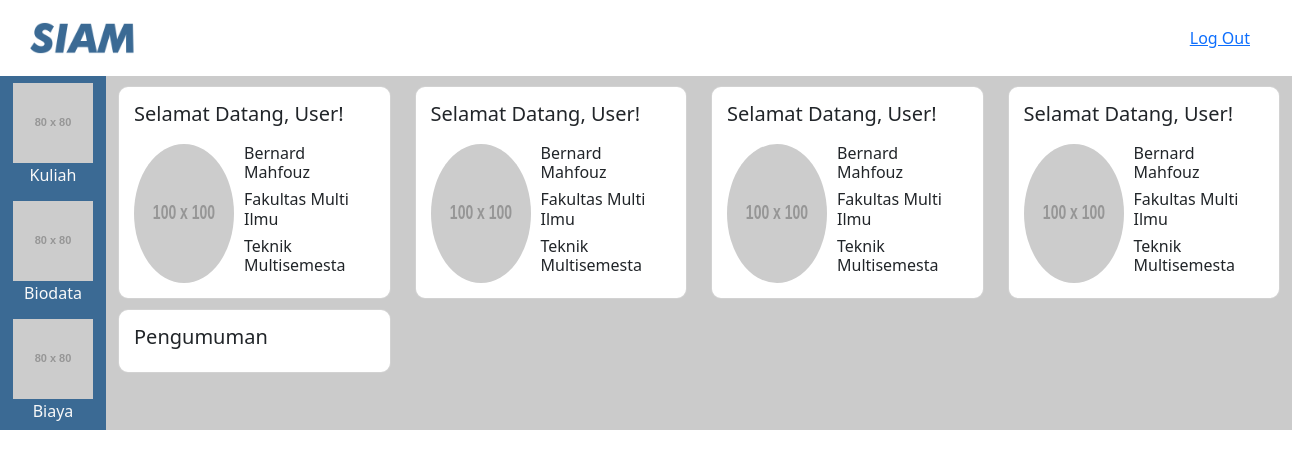
Repository: haikalirf/Project-IMK
Page: kuliah.html
An editor plug-in stored every save of this project. The page is shown before and after the next save, followed by the edit.
The browser window is 1280 px wide. The page is 1292 px wide, so the pictures cover 1292 px, including what lies to the right of the window. The pictures show the whole page.

Above is the page before, as saved 2022-12-10 16:54:31.

### kuliah.html
<!DOCTYPE html>
<html lang="en">
<head>
	<meta charset="UTF-8">
	<meta http-equiv="X-UA-Compatible" content="IE=edge">
	<meta name="viewport" content="width=device-width, initial-scale=1.0">
	<title>SIAM</title>
	<link rel="icon" href="/assets/logo_ub.ico">
	<link rel="stylesheet" href="https://cdn.jsdelivr.net/npm/bootstrap@5.2.3/dist/css/bootstrap.min.css" integrity="sha384-rbsA2VBKQhggwzxH7pPCaAqO46MgnOM80zW1RWuH61DGLwZJEdK2Kadq2F9CUG65" crossorigin="anonymous">
	<link rel="stylesheet" href="/styles/kuliah.css">
</head>
<body>
	<nav class="navbar" id="navbar">
		<a class="navbar-brand" href="/kuliah.html">
			<img id="navbar-image" src="/assets/SIAM.png" alt="SIAM">
		</a>
		<a class="navbar-link" href="#">Log Out</a>
	</nav>
	<div id="content">
		<div id="sidebar">
			<a class="btn" href="">
				<img id="sidebar-kuliah" src="https://via.placeholder.com/80" alt="Kuliah">
				<br>
				<label for="sidebar-kuliah">Kuliah</label>
			</a>
			<a class="btn" href="">
				<img id="sidebar-biodata" src="https://via.placeholder.com/80" alt="Biodata">
				<br>
				<label for="sidebar-biodata">Biodata</label>
			</a>
			<a class="btn" href="">
				<img id="sidebar-biaya" src="https://via.placeholder.com/80" alt="Biaya">
				<br>
				<label for="sidebar-biaya">Biaya</label>
			</a>
		</div>
		<div class="row main-rows">
			<div class="col">
				<div class="card" id="card-user">
					<h5 class="card-title">Selamat Datang, User!</h5>
					<div class="card-body">
						<img class="rounded-circle" src="https://via.placeholder.com/100" alt="User Image">
						<div class="card-text-group">
							<h6>Bernard Mahfouz</h6>
							<h6>Fakultas Multi Ilmu</h6>
							<h6>Teknik Multisemesta</h6>
						</div>
					</div>
				</div>
				<div class="card" id="card-pengumuman">
					<h5>Pengumuman</h5>

				</div>
			</div>
			<div class="col">
				<div class="card" id="card-user">
					<h5 class="card-title">Selamat Datang, User!</h5>
					<div class="card-body">
						<img class="rounded-circle" src="https://via.placeholder.com/100" alt="User Image">
						<div class="card-text-group">
							<h6>Bernard Mahfouz</h6>
							<h6>Fakultas Multi Ilmu</h6>
							<h6>Teknik Multisemesta</h6>
						</div>
					</div>
				</div>
			</div>
			<div class="col">
				<div class="card" id="card-user">
					<h5 class="card-title">Selamat Datang, User!</h5>
					<div class="card-body">
						<img class="rounded-circle" src="https://via.placeholder.com/100" alt="User Image">
						<div class="card-text-group">
							<h6>Bernard Mahfouz</h6>
							<h6>Fakultas Multi Ilmu</h6>
							<h6>Teknik Multisemesta</h6>
						</div>
					</div>
				</div>
			</div>
			<div class="col">
				<div class="card" id="card-user">
					<h5 class="card-title">Selamat Datang, User!</h5>
					<div class="card-body">
						<img class="rounded-circle" src="https://via.placeholder.com/100" alt="User Image">
						<div class="card-text-group">
							<h6>Bernard Mahfouz</h6>
							<h6>Fakultas Multi Ilmu</h6>
							<h6>Teknik Multisemesta</h6>
						</div>
					</div>
				</div>
			</div>
		</div>
	</div>
	<script src="https://cdn.jsdelivr.net/npm/bootstrap@5.2.3/dist/js/bootstrap.bundle.min.js" integrity="sha384-kenU1KFdBIe4zVF0s0G1M5b4hcpxyD9F7jL+jjXkk+Q2h455rYXK/7HAuoJl+0I4" crossorigin="anonymous"></script>
</body>
</html>

### styles/kuliah.css
html {
	box-sizing: border-box;
}

*, *:before, *:after {
	box-sizing: inherit;
}

#navbar {
	display: flex;
	justify-content: space-between;
	margin: 0px 30px;
}

#navbar-image {
	height: 50px;
}

#content {
	display: flex;
	width: 100%;
}

#sidebar {
	background-color: #3b6a94;
	display: flex;
	flex-direction: column;
}

a img, a label {
	color: #f9f9f9;
}

.main-rows{
	background-color: #cbcbcb;
	margin-left: 0px;
	width: calc(100% - 106px);
	flex-basis:199%;
}

.card {
	margin: 10px 0px;
	padding: 15px;
	border-radius: 10px;
}

.card-body{
	display: flex;
	padding: 10px 0px 0px;
}

.card-text-group {
	margin-left: 10px;
	display: flex;
	flex-direction: column;
	justify-content: space-between;
}

After the next save:
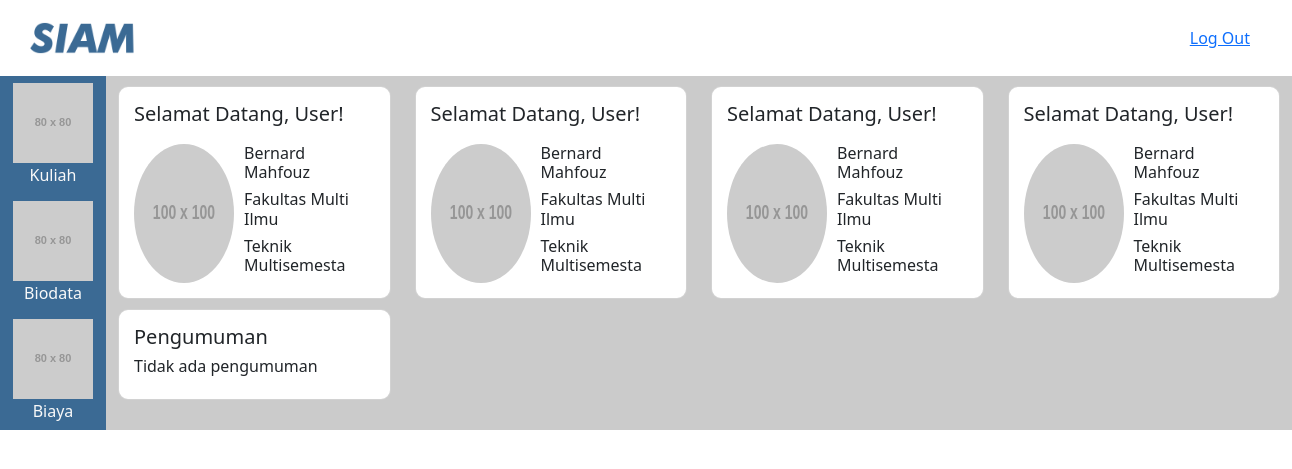
Saved 32 s later.
--- a/kuliah.html
+++ b/kuliah.html
@@ -49,7 +49,7 @@
 				</div>
 				<div class="card" id="card-pengumuman">
 					<h5>Pengumuman</h5>
-
+					<h6>Tidak ada pengumuman</h6>
 				</div>
 			</div>
 			<div class="col">

After the 5 saves that followed:
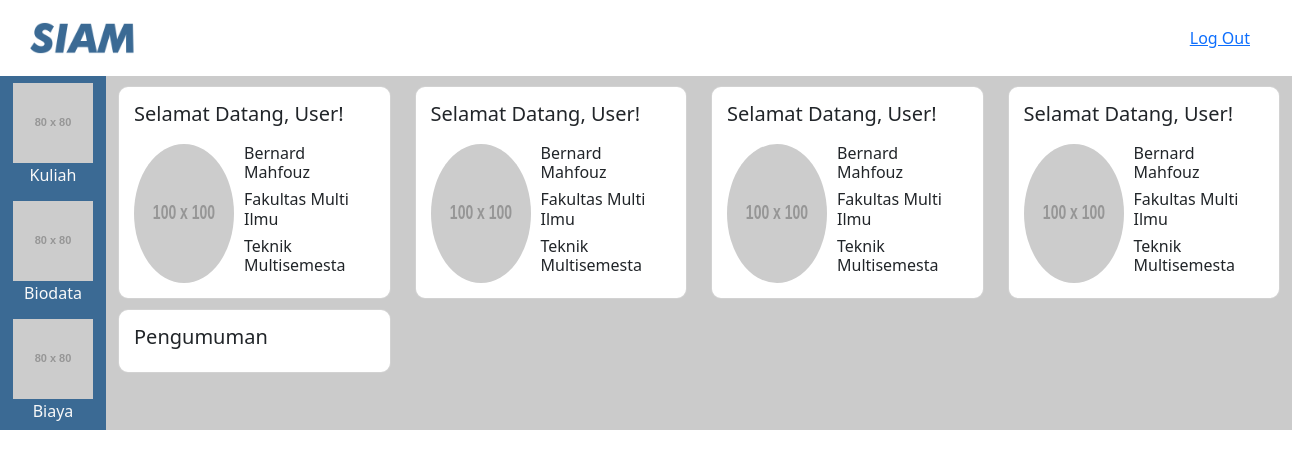
The 5 saves are shown as one change because 4 left the picture as it was.
The last was saved 4 min 15 s later.
--- a/kuliah.html
+++ b/kuliah.html
@@ -49,7 +49,9 @@
 				</div>
 				<div class="card" id="card-pengumuman">
 					<h5>Pengumuman</h5>
-					<h6>Tidak ada pengumuman</h6>
+					<div class="">
+
+					</div>
 				</div>
 			</div>
 			<div class="col">
--- a/styles/kuliah.css
+++ b/styles/kuliah.css
@@ -55,3 +55,8 @@ a img, a label {
 	flex-direction: column;
 	justify-content: space-between;
 }
+
+.card-pengumuman h6{
+	text-align: center;
+	vertical-align: middle;
+}
